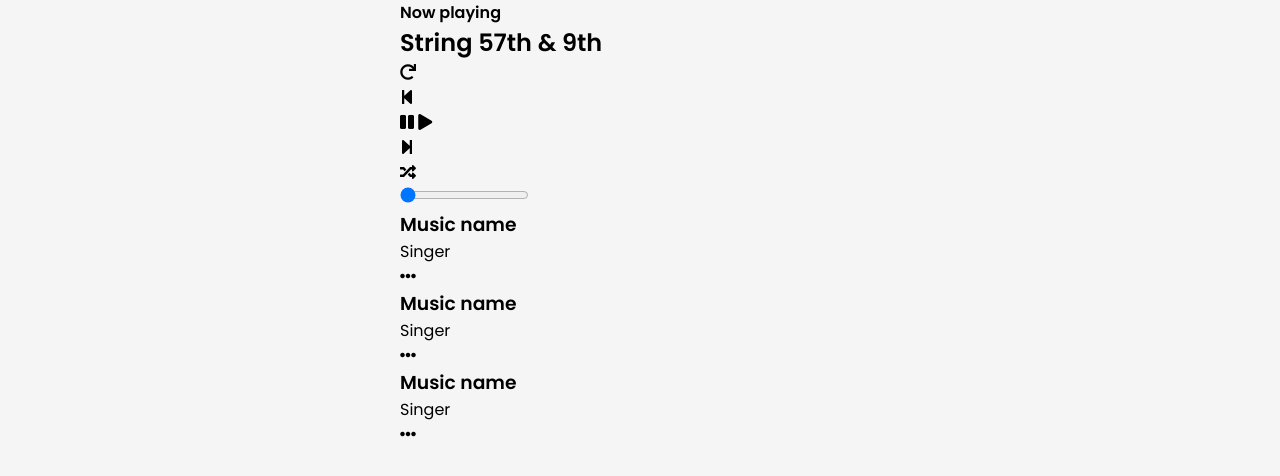
Repository: NBlue/Music_Player
Page: index.html
These files come from the project's save history. The page is drawn as it stood at one moment and after the next save; the edit follows.
The browser window is 1280 px wide. The pictures show the whole page.
Pictures or frames that could not be fetched are drawn as grey boxes.

Above is the page before, as saved 2021-10-12 21:38:57.

### index.html
<!DOCTYPE html>
<html lang="en">
    <head>
        <meta charset="UTF-8" />
        <meta http-equiv="X-UA-Compatible" content="IE=edge" />
        <meta name="viewport" content="width=device-width, initial-scale=1.0" />
        <title>Music player</title>
        <link
            rel="stylesheet"
            href="https://cdnjs.cloudflare.com/ajax/libs/font-awesome/5.15.2/css/all.min.css"
            integrity="sha512-HK5fgLBL+xu6dm/Ii3z4xhlSUyZgTT9tuc/hSrtw6uzJOvgRr2a9jyxxT1ely+B+xFAmJKVSTbpM/CuL7qxO8w=="
            crossorigin="anonymous"
        />
        <link rel="preconnect" href="https://fonts.gstatic.com" />
        <link
            href="https://fonts.googleapis.com/css2?family=Poppins:wght@300;400;600&display=swap"
            rel="stylesheet"
        />

        <link rel="stylesheet" href="./assets/css/style.css" />
    </head>
    <body>
        <div class="player">
            <!-- Dashboard - Bảng điều khiển -->
            <div class="dashboard">
                <!-- Header -->
                <header>
                    <h4>Now playing</h4>
                    <h2>String 57th & 9th</h2>
                </header>

                <!-- CD -->
                <div class="cd">
                    <div
                        class="cd-thumb"
                        style="
                            background-image: url(https://i.ytimg.com/vi/jTLhQf5KJSc/maxresdefault.jpg);
                        "
                    ></div>
                </div>

                <!-- Control -->
                <div class="control">
                    <div class="btn btn-repeat">
                        <i class="fas fa-redo"></i>
                    </div>
                    <div class="btn btn-prev">
                        <i class="fas fa-step-backward"></i>
                    </div>
                    <div class="btn btn-toggle-play">
                        <i class="fas fa-pause icon-pause"></i>
                        <i class="fas fa-play icon-play"></i>
                    </div>
                    <div class="btn btn-next">
                        <i class="fas fa-step-forward"></i>
                    </div>
                    <div class="btn btn-random">
                        <i class="fas fa-random"></i>
                    </div>
                </div>

                <input
                    type="range"
                    id="progress"
                    class="progress"
                    value="0"
                    step="1"
                    min="0"
                    max="100"
                />

                <audio src="" id="audio"></audio>
            </div>

            <!-- Playlist -->
            <div class="playlist">
                <div class="song">
                    <div
                        class="thumb"
                        style="
                            background-image: url(https://i.ytimg.com/vi/jTLhQf5KJSc/maxresdefault.jpg);
                        "
                    ></div>
                    <div class="body">
                        <h3 class="title">Music name</h3>
                        <p class="author">Singer</p>
                    </div>
                    <div class="option">
                        <i class="fas fa-ellipsis-h"></i>
                    </div>
                </div>
                <div class="song">
                    <div
                        class="thumb"
                        style="
                            background-image: url(https://i.ytimg.com/vi/jTLhQf5KJSc/maxresdefault.jpg);
                        "
                    ></div>
                    <div class="body">
                        <h3 class="title">Music name</h3>
                        <p class="author">Singer</p>
                    </div>
                    <div class="option">
                        <i class="fas fa-ellipsis-h"></i>
                    </div>
                </div>
                <div class="song">
                    <div
                        class="thumb"
                        style="
                            background-image: url(https://i.ytimg.com/vi/jTLhQf5KJSc/maxresdefault.jpg);
                        "
                    ></div>
                    <div class="body">
                        <h3 class="title">Music name</h3>
                        <p class="author">Singer</p>
                    </div>
                    <div class="option">
                        <i class="fas fa-ellipsis-h"></i>
                    </div>
                </div>
            </div>
        </div>
    </body>
</html>

### assets/css/style.css
:root {
    --primary-color: #ec1f55;
    --text-color: #333;
}

* {
    padding: 0;
    margin: 0;
    box-sizing: border-box;
}

body {
    background-color: #f5f5f5;
}

html {
    box-sizing: border-box;
    font-family: "Poppins", sans-serif;
}

.player {
    position: relative;
    max-width: 480px;
    margin: 0 auto;
}
.dashboard {
}
.cd {
}
.cd-thumb {
}
.control {
}
.btn {
}
.btn-repeat {
}
.fas {
}
.fa-redo {
}
.btn-prev {
}
.fa-step-backward {
}
.btn-toggle-play {
}
.fa-pause {
}
.icon-pause {
}
.fa-play {
}
.icon-play {
}
.btn-next {
}
.fa-step-forward {
}
.btn-random {
}
.fa-random {
}
.progress {
}
.playlist {
}
.song {
}
.thumb {
}
.body {
}
.title {
}
.author {
}
.option {
}
.fa-ellipsis-h {
}
.btn.btn-repeat {
}
.fas.fa-redo {
}
.btn.btn-prev {
}
.fas.fa-step-backward {
}
.btn.btn-toggle-play {
}
.fas.fa-pause.icon-pause {
}
.fas.fa-play.icon-play {
}
.btn.btn-next {
}
.fas.fa-step-forward {
}
.btn.btn-random {
}
.fas.fa-random {
}
.fas.fa-ellipsis-h {
}

After the next save:
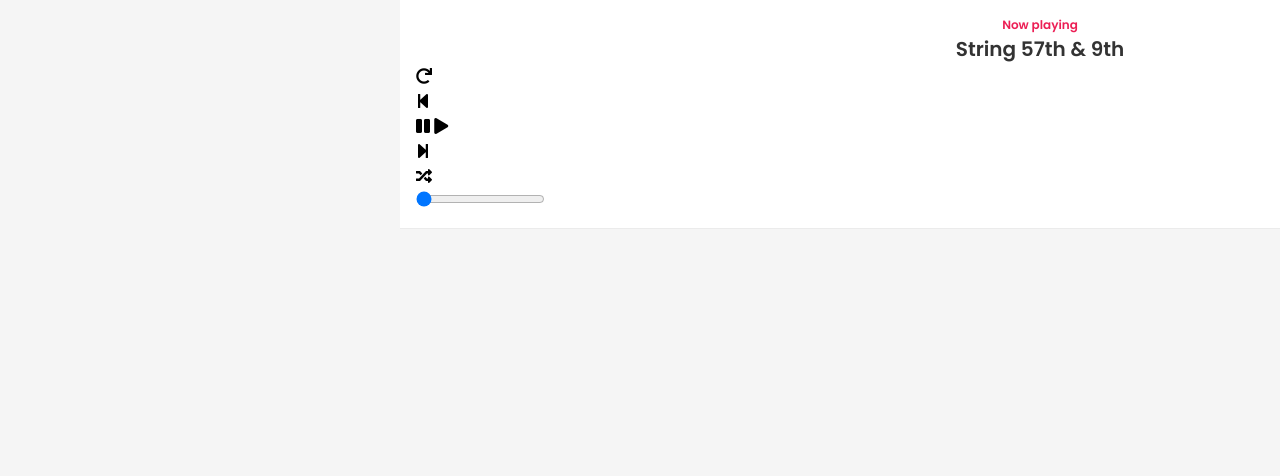
Saved 9 min 41 s later.
--- a/assets/css/style.css
+++ b/assets/css/style.css
@@ -23,9 +23,46 @@ html {
     max-width: 480px;
     margin: 0 auto;
 }
+
+.player .icon-pause {
+    display: inline-block;
+}
+
+.player.playing .icon-play {
+    display: none;
+}
+
 .dashboard {
+    padding: 16px 16px 14px;
+    background-color: #fff;
+    position: fixed;
+    top: 0;
+    width: 100%;
+    min-width: 480px;
+    border-bottom: 1px solid #ebebeb;
 }
+
+/* HEADER */
+header {
+    text-align: center;
+    border-bottom: 10px;
+}
+
+header h4 {
+    color: var(--primary-color);
+    font-size: 12px;
+}
+
+header h2 {
+    color: var(--text-color);
+    font-size: 20px;
+}
+
+/* CD */
 .cd {
+    /* display: flex;
+    margin: auto;
+    width: 200px; */
 }
 .cd-thumb {
 }
